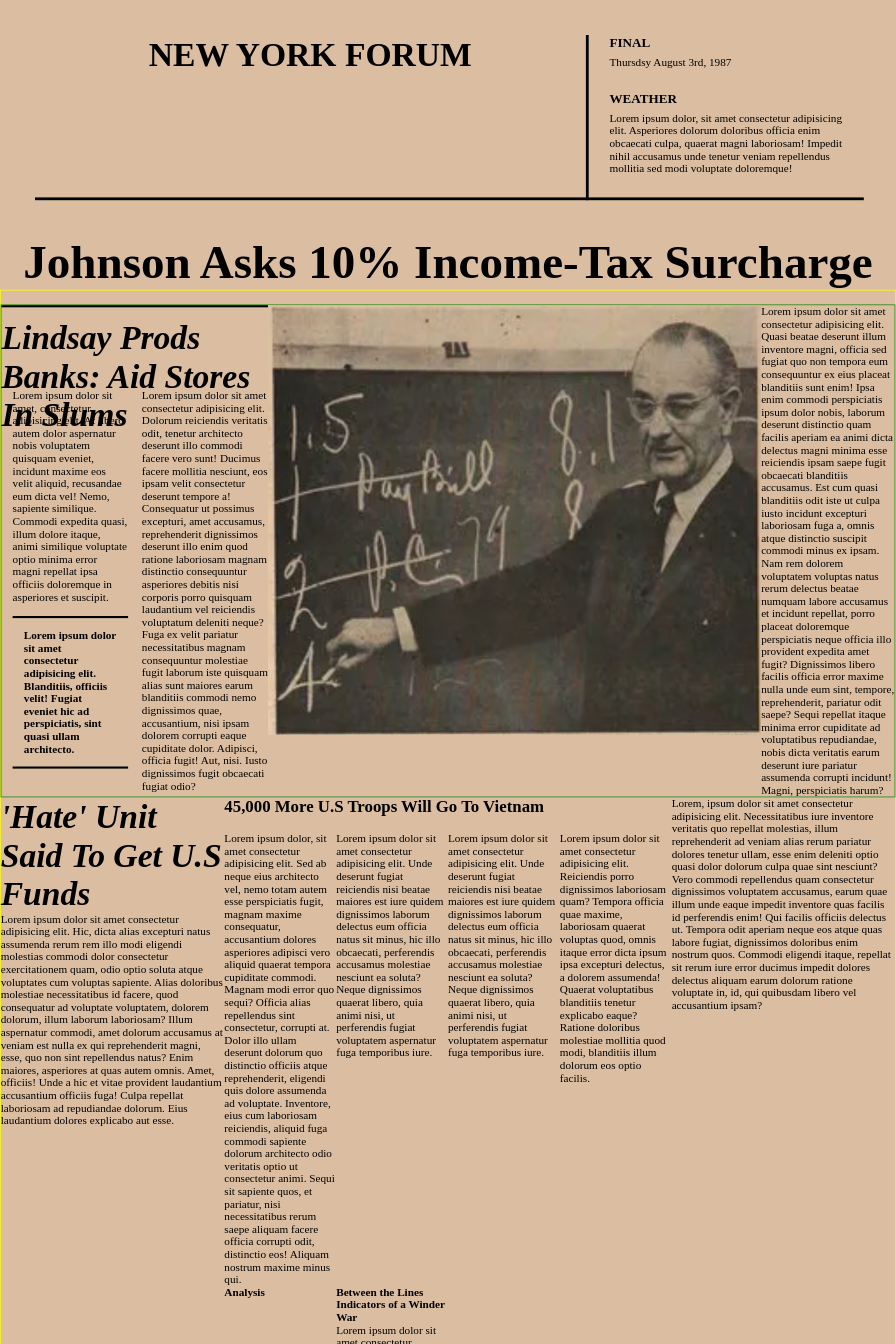
Repository: Arkitecth/newspaper-grid
Page: index.html
An editor plug-in stored every save of this project. The page is shown before and after the next save, followed by the edit.
The browser window is 1280 px wide. The pictures show the part of the page from y = 0 to 1920 px (the page is 2954 px tall), at 70% of full size.

Above is the page before, as saved 2023-05-29 20:19:36.

### index.html
<!DOCTYPE html>
<html lang="en">
<head>
    <meta charset="UTF-8">
    <meta http-equiv="X-UA-Compatible" content="IE=edge">
    <meta name="viewport" content="width=device-width, initial-scale=1.0">
    <link rel="stylesheet" href="styles.css">
    <title>News Paper</title>
</head>
<body>
    <header id="header">
        <div>
            <h1>New York Forum</h1>
        </div>
        <div class="aside">
            <h3>Final</h3>
            <p>Thursdsy August 3rd, 1987</p>

            <h3>Weather</h3>
            <p>Lorem ipsum dolor, sit amet consectetur adipisicing elit. Asperiores dolorum doloribus officia enim obcaecati culpa, quaerat magni laboriosam! Impedit nihil accusamus unde tenetur veniam repellendus mollitia sed modi voluptate doloremque!</p>
        </div>
        <div class="divider"></div>
        <div class="divider"></div>
    </header>
    <main>
        <h2>Johnson Asks 10% Income-Tax Surcharge</h2>
        <div class="main-grid">
            <div class="first-row">
                <div class="sub-grid">
                    <h3>Lindsay Prods Banks: Aid Stores in Slums</h3>
                    <div class="sub-row">
                        <div class="left">
                            <p>Lorem ipsum dolor sit amet, consectetur adipisicing elit. At libero autem dolor aspernatur nobis voluptatem quisquam eveniet, incidunt maxime eos velit aliquid, recusandae eum dicta vel! Nemo, sapiente similique. Commodi expedita quasi, illum dolore itaque, animi similique voluptate optio minima error magni repellat ipsa officiis doloremque in asperiores et suscipit.</p>
                            <br>
                            <p class="highlight">Lorem ipsum dolor sit amet consectetur adipisicing elit. Blanditiis, officiis velit! Fugiat eveniet hic ad perspiciatis, sint quasi ullam architecto.</p>
                        </div>
                        <div class="right">
                            <p>Lorem ipsum dolor sit amet consectetur adipisicing elit. Dolorum reiciendis veritatis odit, tenetur architecto deserunt illo commodi facere vero sunt! Ducimus facere mollitia nesciunt, eos ipsam velit consectetur deserunt tempore a! Consequatur ut possimus excepturi, amet accusamus, reprehenderit dignissimos deserunt illo enim quod ratione laboriosam magnam distinctio consequuntur asperiores debitis nisi corporis porro quisquam laudantium vel reiciendis voluptatum deleniti neque? Fuga ex velit pariatur necessitatibus magnam consequuntur molestiae fugit laborum iste quisquam alias sunt maiores earum blanditiis commodi nemo dignissimos quae, accusantium, nisi ipsam dolorem corrupti eaque cupiditate dolor. Adipisci, officia fugit! Aut, nisi. Iusto dignissimos fugit obcaecati fugiat odio?</p>
                        </div>
                    </div>

                </div>

                <div class="middle-content">
                    <img src="assets/teacher.png" alt="teacher teaching stuff">
                </div>

                <div class="right-content">
                    <p>Lorem ipsum dolor sit amet consectetur adipisicing elit. Quasi beatae deserunt illum inventore magni, officia sed fugiat quo non tempora eum consequuntur ex eius placeat blanditiis sunt enim! Ipsa enim commodi perspiciatis ipsum dolor nobis, laborum deserunt distinctio quam facilis aperiam ea animi dicta delectus magni minima esse reiciendis ipsam saepe fugit obcaecati blanditiis accusamus. Est cum quasi blanditiis odit iste ut culpa iusto incidunt excepturi laboriosam fuga a, omnis atque distinctio suscipit commodi minus ex ipsam. Nam rem dolorem voluptatem voluptas natus rerum delectus beatae numquam labore accusamus et incidunt repellat, porro placeat doloremque perspiciatis neque officia illo provident expedita amet fugit? Dignissimos libero facilis officia error maxime nulla unde eum sint, tempore, reprehenderit, pariatur odit saepe? Sequi repellat itaque minima error cupiditate ad voluptatibus repudiandae, nobis dicta veritatis earum deserunt iure pariatur assumenda corrupti incidunt! Magni, perspiciatis harum?</p>
                </div>
            </div>


            <div class="second-row">
                <div class="first">
                    <h3>'Hate' Unit Said to Get U.S Funds</h3>
                    <p>Lorem ipsum dolor sit amet consectetur adipisicing elit. Hic, dicta alias excepturi natus assumenda rerum rem illo modi eligendi molestias commodi dolor consectetur exercitationem quam, odio optio soluta atque voluptates cum voluptas sapiente. Alias doloribus molestiae necessitatibus id facere, quod consequatur ad voluptate voluptatem, dolorem dolorum, illum laborum laboriosam? Illum aspernatur commodi, amet dolorum accusamus at veniam est nulla ex qui reprehenderit magni, esse, quo non sint repellendus natus? Enim maiores, asperiores at quas autem omnis. Amet, officiis! Unde a hic et vitae provident laudantium accusantium officiis fuga! Culpa repellat laboriosam ad repudiandae dolorum. Eius laudantium dolores explicabo aut esse.</p>
                </div>
                <div class="middle">
                    <h3>45,000 More U.S Troops will go to vietnam</h3>
                    <div class="middle-grid">
                        <p>Lorem ipsum dolor, sit amet consectetur adipisicing elit. Sed ab neque eius architecto vel, nemo totam autem esse perspiciatis fugit, magnam maxime consequatur, accusantium dolores asperiores adipisci vero aliquid quaerat tempora cupiditate commodi. Magnam modi error quo sequi? Officia alias repellendus sint consectetur, corrupti at. Dolor illo ullam deserunt dolorum quo distinctio officiis atque reprehenderit, eligendi quis dolore assumenda ad voluptate. Inventore, eius cum laboriosam reiciendis, aliquid fuga commodi sapiente dolorum architecto odio veritatis optio ut consectetur animi. Sequi sit sapiente quos, et pariatur, nisi necessitatibus rerum saepe aliquam facere officia corrupti odit, distinctio eos! Aliquam nostrum maxime minus qui.</p>
                        <p>Lorem ipsum dolor sit amet consectetur adipisicing elit. Unde deserunt fugiat reiciendis nisi beatae maiores est iure quidem dignissimos laborum delectus eum officia natus sit minus, hic illo obcaecati, perferendis accusamus molestiae nesciunt ea soluta? Neque dignissimos quaerat libero, quia animi nisi, ut perferendis fugiat voluptatem aspernatur fuga temporibus iure.</p>
                        <p>Lorem ipsum dolor sit amet consectetur adipisicing elit. Unde deserunt fugiat reiciendis nisi beatae maiores est iure quidem dignissimos laborum delectus eum officia natus sit minus, hic illo obcaecati, perferendis accusamus molestiae nesciunt ea soluta? Neque dignissimos quaerat libero, quia animi nisi, ut perferendis fugiat voluptatem aspernatur fuga temporibus iure.</p>
                        <p>Lorem ipsum dolor sit amet consectetur adipisicing elit. Reiciendis porro dignissimos laboriosam quam? Tempora officia quae maxime, laboriosam quaerat voluptas quod, omnis itaque error dicta ipsum ipsa excepturi delectus, a dolorem assumenda! Quaerat voluptatibus blanditiis tenetur explicabo eaque? Ratione doloribus molestiae mollitia quod modi, blanditiis illum dolorum eos optio facilis.</p>
                        <h4>Analysis</h4>
                        <div class="bottom-grid">
                            <h4>Between the Lines Indicators of a Winder War</h4>
                            <p>Lorem ipsum dolor sit amet consectetur, adipisicing elit. Nulla, temporibus! Odit labore repudiandae distinctio nisi odio vel nihil voluptates provident modi voluptatem aut nobis, vitae sequi numquam tenetur, repellat tempora voluptatibus amet quasi ab? Architecto suscipit earum, quidem vitae, assumenda explicabo praesentium sed iste at modi illo aliquam reprehenderit accusamus?</p>
                            <p>Lorem ipsum, dolor sit amet consectetur adipisicing elit. Vel quasi dolores dolor non, eum nesciunt ab cum pariatur, quam, similique reiciendis veritatis. Doloremque quasi consectetur aspernatur quod similique rerum voluptatum incidunt dolorum, soluta ratione tempore, molestias doloribus. Placeat, et aspernatur nesciunt voluptatum pariatur recusandae? Aperiam suscipit quo qui accusantium voluptate!</p>
                            <p>Lorem ipsum, dolor sit amet consectetur adipisicing elit. Vel quasi dolores dolor non, eum nesciunt ab cum pariatur, quam, similique reiciendis veritatis. Doloremque quasi consectetur aspernatur quod similique rerum voluptatum incidunt dolorum, soluta ratione tempore, molestias doloribus. Placeat, et aspernatur nesciunt voluptatum pariatur recusandae? Aperiam suscipit quo qui accusantium voluptate!</p>
                        </div>

                    </div>

                </div>
                <div class="last">
                    <p>Lorem, ipsum dolor sit amet consectetur adipisicing elit. Necessitatibus iure inventore veritatis quo repellat molestias, illum reprehenderit ad veniam alias rerum pariatur dolores tenetur ullam, esse enim deleniti optio quasi dolor dolorum culpa quae sint nesciunt? Vero commodi repellendus quam consectetur dignissimos voluptatem accusamus, earum quae illum unde eaque impedit inventore quas facilis id perferendis enim! Qui facilis officiis delectus ut. Tempora odit aperiam neque eos atque quas labore fugiat, dignissimos doloribus enim nostrum quos. Commodi eligendi itaque, repellat sit rerum iure error ducimus impedit dolores delectus aliquam earum dolorum ratione voluptate in, id, qui quibusdam libero vel accusantium ipsam?</p>
                </div>
            </div>

            <div class="third-row">
            </div>




        </div>
    </main>

</body>
</html>

### styles.css
* {
    padding: 0;
    margin: 0;
}

body {
    background-color: #dbbea1;
    max-width: 1500px;
}

h1,h3 {
    text-transform: uppercase;
}
#header {
    padding: 3.125rem;
    display: grid;
    grid-template-columns: 2fr 1fr;
}


/* Header */
#header h1 {
    text-align: center;
    font-size: 3rem;
}

h2 {
    text-align: center;
    width: 100%;
    font-size: 4.2rem;
}

.aside {
    border-left: 4px solid black;
    padding-left: 30px;
}

.aside p {
    padding-top: 0.5rem;
    margin-bottom: 2rem;
}

.divider {
    border: 2px solid black;
    width: 100%;
}

.main-grid{
    display: grid;
    grid-template-rows: auto auto auto;
    padding-top: 20px;
    border: 1px solid yellow

}

/* First Row */
.first-row {
    display: grid;
    grid-template-columns: 2fr 3fr 1fr;
    border: 1px solid green;
}



.sub-grid {
    display: grid;
    grid-template-rows: 100px;
    gap: 20px;
}

.sub-row {
    display: grid;
    grid-template-columns: 1fr 1fr;
    gap: 20px;
}

.sub-grid  h3 {
    font-size: 3rem;
    font-style: italic;
    border-top: 3px solid black;
    padding-bottom: 1rem;
    padding-top: 1rem;
    text-transform: capitalize;
}
.left{
    padding-left: 1rem;
}

.highlight {
    font-weight: bold;
    border-top: 3px solid black;
    padding: 1rem;
    border-bottom: 3px solid black;
}


/* Second Row */
.second-row {
    display: grid;
    grid-template-columns: 1fr 2fr 1fr;
}


.first h3 {
    font-size: 3rem;
    font-style: italic;
    text-transform: capitalize;
}

.middle {
    display: grid;
    grid-template-rows: 50px;
}

.middle-grid {
    display: grid;
    grid-template-columns: 1fr 1fr 1fr 1fr;
}

.middle h3 {
    font-size: 1.5rem;
    text-transform: capitalize;
}

After the next save:
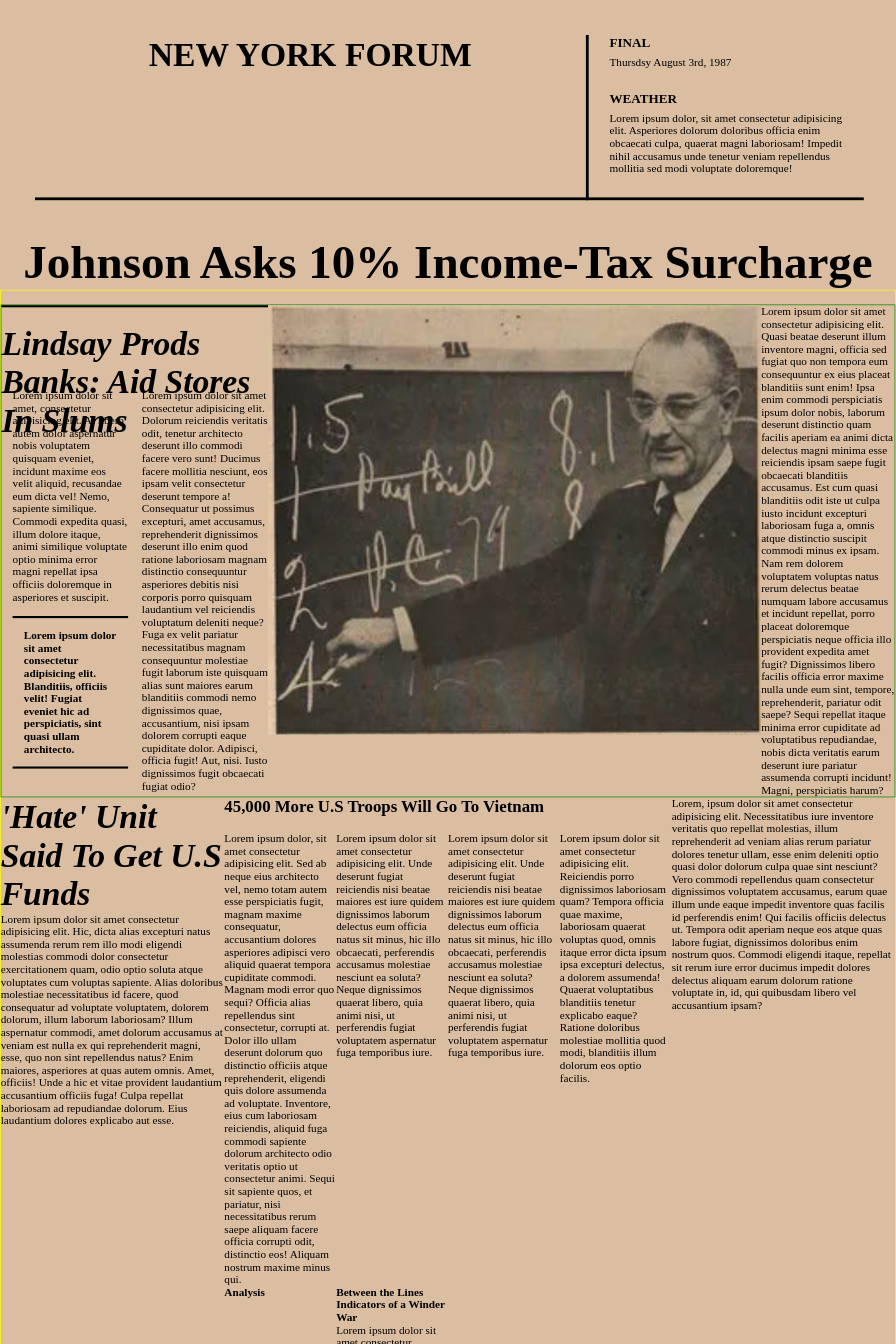
Saved 15 s later.
--- a/styles.css
+++ b/styles.css
@@ -79,7 +79,7 @@
     font-style: italic;
     border-top: 3px solid black;
     padding-bottom: 1rem;
-    padding-top: 1rem;
+    padding-top: 1.5rem;
     text-transform: capitalize;
 }
 .left{

After the save that followed:
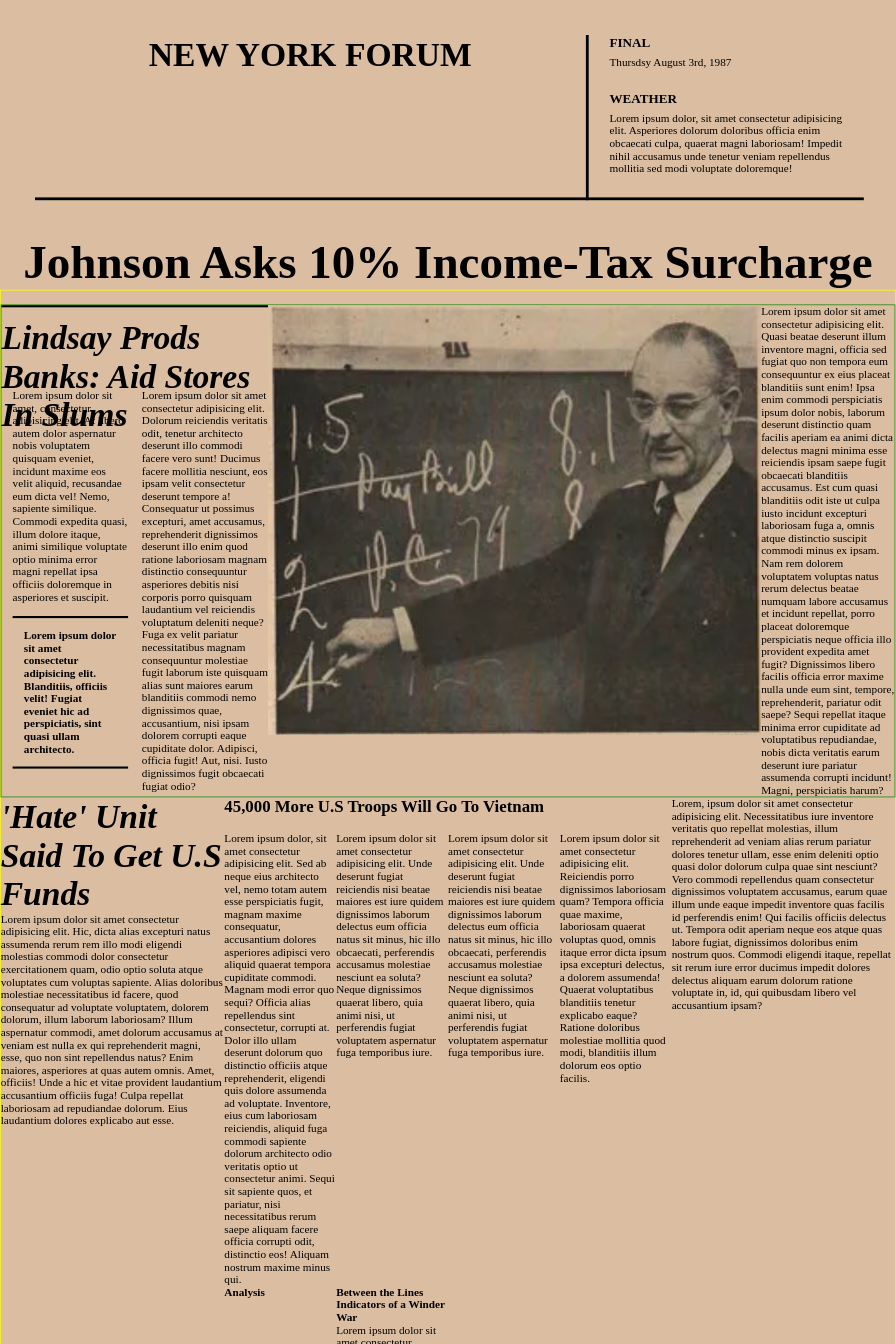
Saved 10 s later.
--- a/styles.css
+++ b/styles.css
@@ -78,9 +78,10 @@
     font-size: 3rem;
     font-style: italic;
     border-top: 3px solid black;
-    padding-bottom: 1rem;
-    padding-top: 1.5rem;
+    padding-bottom: 1.5rem;
+    padding-top: 1rem;
     text-transform: capitalize;
+
 }
 .left{
     padding-left: 1rem;
